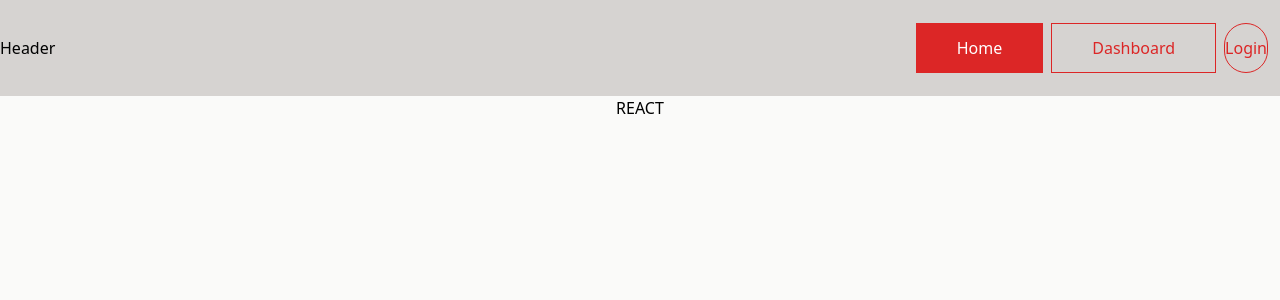
Repository: XavierOtavio/Cuzinhas
Page: /
An editor plug-in stored every save of this project. The page is shown before and after the next save, followed by the edit.
The browser window is 1280 px wide. The pictures show the whole page.
The project was rebuilt for these pictures with package versions that can differ from the ones it lists, and the page was loaded fresh each time. Also part of the build but not shown: src/components/Dashboard.js.

Above is the page before, as saved 2023-03-08 12:29:46.

After the next save:
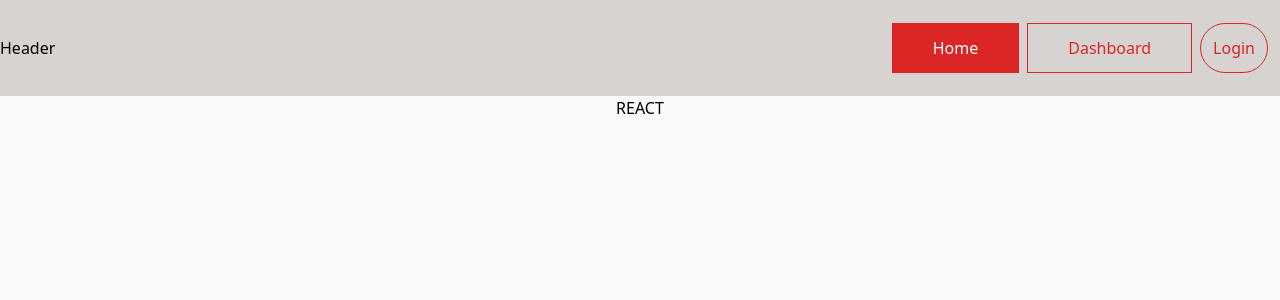
Saved 6 s later.
--- a/src/components/Header.js
+++ b/src/components/Header.js
@@ -17,7 +17,7 @@ function Header() {
           </button>
         </Link>
         <Link to="/login">
-          <button class="block border border-red-600 rounded-full bg-stone-300  py-3 text-red-600 ml-2 font-medium">
+          <button class="block border border-red-600 rounded-full bg-stone-300 px-3 py-3 text-red-600 ml-2 font-medium">
             Login
           </button>
         </Link>
